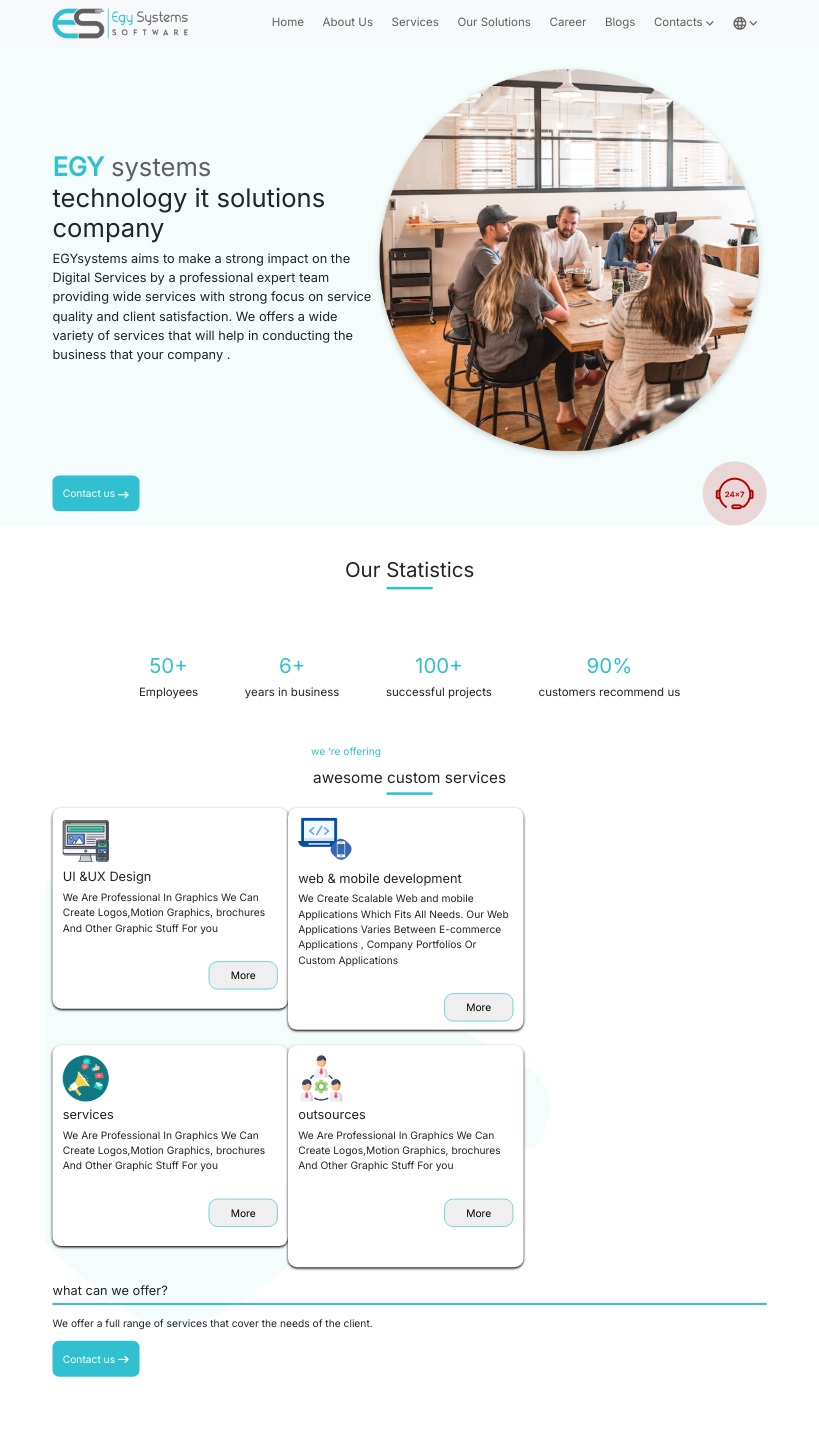
Repository: hamdyAbdelazeim/Egysystem-Home
Page: index.html
These files come from the project's save history. The page is drawn as it stood at one moment and after a run of saves; the edit follows.
The browser window is 1280 px wide. The pictures show the whole page, at 64% of full size.

Above is the page before, as saved 2023-07-13 10:41:54.

### index.html
<!DOCTYPE html>
<html lang="en">
  <head>
    <meta charset="UTF-8" />
    <meta name="viewport" content="width=device-width, initial-scale=1.0" />
    <title>Egy Systems</title>
    <!-- google fonts  -->
    <link rel="preconnect" href="https://fonts.googleapis.com" />
    <link rel="preconnect" href="https://fonts.gstatic.com" crossorigin />
    <link
      href="https://fonts.googleapis.com/css2?family=Inter&display=swap"
      rel="stylesheet"
    />
    <!-- bootstrap -->
    <link rel="stylesheet" href="/css/bootstrap.min.css" />
    <!-- css file  -->
    <link rel="stylesheet" href="/css/style.css" />
    <link rel="stylesheet" href="/css/responsive.css" />
  </head>
  <body>
    <!-- starting  Navbar  -->
    <nav class="navbar-cust navbar navbar-expand-lg bg-light fixed-top">
      <div class="container">
        <a href="#" class="navbar-brand"
          ><img src="/assets/logo 1.png" class="logo-img" alt="logo "
        /></a>

        <button
          class="navbar-toggler"
          type="button"
          data-bs-toggle="collapse"
          data-bs-target="#navmenu"
          style="border: none; box-shadow: none"
        >
          <span class="navbar-toggler-icon"
            ><img
              width="45"
              style="padding: 0.5rem"
              src="https://upload.wikimedia.org/wikipedia/commons/thumb/b/b2/Hamburger_icon.svg/120px-Hamburger_icon.svg.png"
              alt=""
          /></span>
        </button>

        <div class="collapse navbar-collapse" id="navmenu">
          <ul class="navbar-nav cust-ul">
            <li class="nav-item">
              <a href="#Home" class="nav-link cust-link">Home</a>
            </li>
            <li class="nav-item">
              <a href="#About" class="nav-link cust-link">About Us</a>
            </li>
            <li class="nav-item">
              <a href="#Services" class="nav-link cust-link">Services</a>
            </li>
            <li class="nav-item">
              <a href="#Solutions" class="nav-link cust-link">Our Solutions </a>
            </li>
            <li class="nav-item">
              <a href="#Career" class="nav-link cust-link">Career</a>
            </li>
            <li class="nav-item">
              <a href="#Blogs" class="nav-link cust-link">Blogs</a>
            </li>
            <li class="nav-item">
              <a href="" class="nav-link cust-link"
                >Contacts <img src="/assets/Vector.png" alt="vector"
              /></a>
            </li>
            <li class="nav-item">
              <a href="" class="nav-link language-icon"
                ><img src="/assets/language.png" alt="language" />
                <img src="/assets/Vector.png" alt=""
              /></a>
            </li>
          </ul>
        </div>
      </div>
    </nav>
    <!-- Ending Navbar  -->
    <!-- Home section  -->
    <div class="Home" id="Home">
      <div
        class="container Home-up d-flex justify-content-center align-items-center"
      >
        <div class="Home-left">
          <h1>
            <strong class="Egy">EGY</strong>
            <span class="system">systems</span> <br />technology it solutions<br />
            company
          </h1>
          <p>
            EGYsystems aims to make a strong impact on the Digital Services by a
            professional expert team providing wide services with strong focus
            on service quality and client satisfaction. We offers a wide variety
            of services that will help in conducting the business that your
            company .
          </p>
        </div>
        <img src="/assets/Ellipse 34.png" alt="" />
      </div>
      <div class="container d-flex justify-content-between align-items-center">
        <button class="contactUs-btn">
          Contact us <img src="/assets/Vector (right).png" alt="" />
        </button>
        <!-- <div>
          <img src="/assets/slider-left.png" alt="" /> 1/4
          <img src="/assets/slider-right.png" alt="" />
        </div> -->
        <img src="/assets//chat.png" alt="chat" />
      </div>
    </div>
    <!-- Ending Home  section  -->
    <!-- our statistics Section  -->
    <section class="our-statistics container w-100">
      <div class="statistics-up text-center">
        <h2>Our Statistics</h2>
        <p></p>
      </div>
      <div
        class="statistics-down d-flex align-items-center justify-content-between"
      >
        <div class="text-center">
          <h4>50+</h4>
          <p>Employees</p>
        </div>
        <div class="text-center">
          <h4>6+</h4>
          <p>years in business</p>
        </div>
        <div class="text-center">
          <h4>100+</h4>
          <p>successful projects</p>
        </div>
        <div class="text-center">
          <h4>90%</h4>
          <p>customers recommend us</p>
        </div>
      </div>
    </section>
    <!-- Ending our statistics  -->
    <!--  services   -->

    <!--  Ending services   -->
    <section class="services" id="services">
      <div class="service-up container">
        <p class="p-up">we ‘re offering</p>
        <h4 class="text-center">awesome custom services</h4>
        <p class="border-cust"></p>
      </div>
      <div class="service-down container">
        <div class="service-down-left">
          <div class="service-item">
            <img src="/assets/service-item-1.png" alt="service-item-1" />
            <h5 class="mt-2">UI &UX Design</h5>
            <p>
              We Are Professional In Graphics We Can Create Logos,Motion
              Graphics, brochures And Other Graphic Stuff For you
            </p>
            <button>More</button>
          </div>
          <div class="service-item service-item-cust">
            <img src="/assets/service-item-2.png" alt="service-item-1" />
            <h5 class="mt-2">web & mobile development</h5>
            <p>
              We Create Scalable Web and mobile Applications Which Fits All
              Needs. Our Web Applications Varies Between E-commerce Applications
              , Company Portfolios Or Custom Applications
            </p>
            <button>More</button>
          </div>
          <div class="service-item">
            <img src="/assets/service-item-3.png" alt="service-item-1" />
            <h5 class="mt-2">services</h5>
            <p>
              We Are Professional In Graphics We Can Create Logos,Motion
              Graphics, brochures And Other Graphic Stuff For you
            </p>
            <button>More</button>
          </div>
          <div class="service-item service-item-cust">
            <img src="/assets/service-item-4.png" alt="service-item-1" />
            <h5 class="mt-2">outsources</h5>
            <p>
              We Are Professional In Graphics We Can Create Logos,Motion
              Graphics, brochures And Other Graphic Stuff For you
            </p>
            <button>More</button>
          </div>
        </div>
        <div class="service-down-right">
          <h5>what can we offer?</h5>
          <p class="border-p"></p>
          <p>
            We offer a full range of services that cover the needs of the
            client.
          </p>
          <button class="contactUs-btn">
            Contact us <img src="/assets/Vector (right).png" alt="" />
          </button>
        </div>
      </div>
    </section>
    <!-- bootstrap js file  -->
    <script src="/js/bootstrap.bundle.min.js"></script>
  </body>
</html>

### css/style.css
/* setting my css roots  */

body {
  font-family: 'Inter', sans-serif;
}

:root {
  --primary: #30c0d0;
  --secondary: #606060;
  --third-party: #131313;
}

/* navbar  */
.cust-ul {
  width: 100%;
  justify-content: space-around;
  margin-left: 100px;
}

.cust-link {
  font-size: 18px;
  font-weight: 500;
  line-height: 22px;
  letter-spacing: 0em;
  text-align: left;
  color: var(--secondary);
  padding-bottom: 0.5rem;
}
.cust-link :hover {
  color: var(--primary) !important;
}
.nav-link:focus,
.nav-link:hover {
  color: var(--primary) !important;
  border-bottom: 2px solid var(--primary) !important;
  font-size: 20px;
}

.cust-link:active {
  color: var(--primary) !important;
  color: var(--primary) !important;
  border-bottom: 2px solid var(--primary) !important;
  font-size: 20px;
}

.language-icon {
  border-bottom: none !important;
  font-size: 12px !important;
}
/* Ending Navbar  */

/* Home Section  */
.Home {
  padding-top: 100px;
  background-color: #f4fcfc;
}

.Egy {
  color: var(--primary);
}
.system {
  color: var(--secondary);
}
.Home-left p {
  font-size: 20px;
}
.contactUs-btn {
  background-color: var(--primary);
  color: white;
  border: none;
  padding: 16px;
  border-radius: 10px;
  -webkit-border-radius: 10px;
  -moz-border-radius: 10px;
  -ms-border-radius: 10px;
  -o-border-radius: 10px;
}

/* Ending Home Section  */

/* our statistics Section  */

.our-statistics {
  width: 100%;
}
.statistics-up,
.statistics-down {
  padding-top: 50px;
  padding-bottom: 50px;
  width: 846px;
  margin: auto;
}
.statistics-up p {
  width: 72px;
  margin: auto;
  border-bottom: 4px solid var(--primary);
}
.statistics-down h4 {
  color: var(--primary);
  font-size: 32px;
}
.statistics-down p {
  font-size: 18px;
}

/* services */
.services {
  width: 100%;
}
.services .service-up {
  width: 332px;
  margin: auto;
  padding-bottom: 20px;
}
.services .service-up .p-up {
  text-align: start;
  font-size: 16px;
  color: var(--primary);
}

.services.service-up h4 {
  color: var(--third-party);
  font-size: 32px;
}
.services .service-up .border-cust {
  width: 72px;
  margin: auto;
  border-bottom: 4px solid var(--primary);
}

.service-down {
  background-image: url('/assets/Ellipse\ 53.png');
  background-repeat: no-repeat;
  margin-bottom: 100px;
}
.service-down .service-down-left {
  width: 65%;
  display: grid;
  grid-template-columns: auto auto;
}
.service-down .service-down-left .service-item {
  width: 368px;
  height: 314px;
  background-color: #ffffff;
  box-shadow: 0px 2px 4px 0px #000000;
  border-radius: 14px;
  -webkit-border-radius: 14px;
  -moz-border-radius: 14px;
  -ms-border-radius: 14px;
  -o-border-radius: 14px;
  padding: 1rem;
  margin-bottom: 1.5rem;
}
.service-down .service-down-left .service-item button {
  width: 108px;
  height: 44px;
  border: 1px solid var(--primary);
  padding: 0px, 16px, 0px, 16px;
  gap: 8px;
  border-radius: 14px;
  -webkit-border-radius: 14px;
  -moz-border-radius: 14px;
  -ms-border-radius: 14px;
  -o-border-radius: 14px;
  float: right;
  margin-top: 1.5rem;
}

.service-item-cust {
  height: 347px !important;
  margin-bottom: 1.5rem !important;
}

.border-p {
  border-bottom: 3px solid var(--primary);
}

### css/responsive.css
@media only screen and (max-width: 1025px) {
  .cust-link {
    font-size: 15px !important;
  }
}
@media only screen and (max-width: 1000px) {
  /* navbar */
  .cust-ul {
    margin-left: 0;
  }
  .cust-link {
    font-size: 18px;
  }
  /* HOME section  */
  .Home-up {
    flex-wrap: wrap;
  }

  .Home-up img {
    width: 90%;
  }
  /* Our Statistics */
  .statistics-up,
  .statistics-down {
    width: 100%;
  }
}

@media only screen and (max-width: 600px) {
  /* Our Statistics */
  .statistics-down {
    flex-direction: column;
  }
}

@media only screen and (max-width: 280px) {
  .logo-img {
    width: 160px;
  }
}

Loaded but not shown: css/bootstrap.min.css (library); js/bootstrap.bundle.min.js (library)

After the next 2 saves:
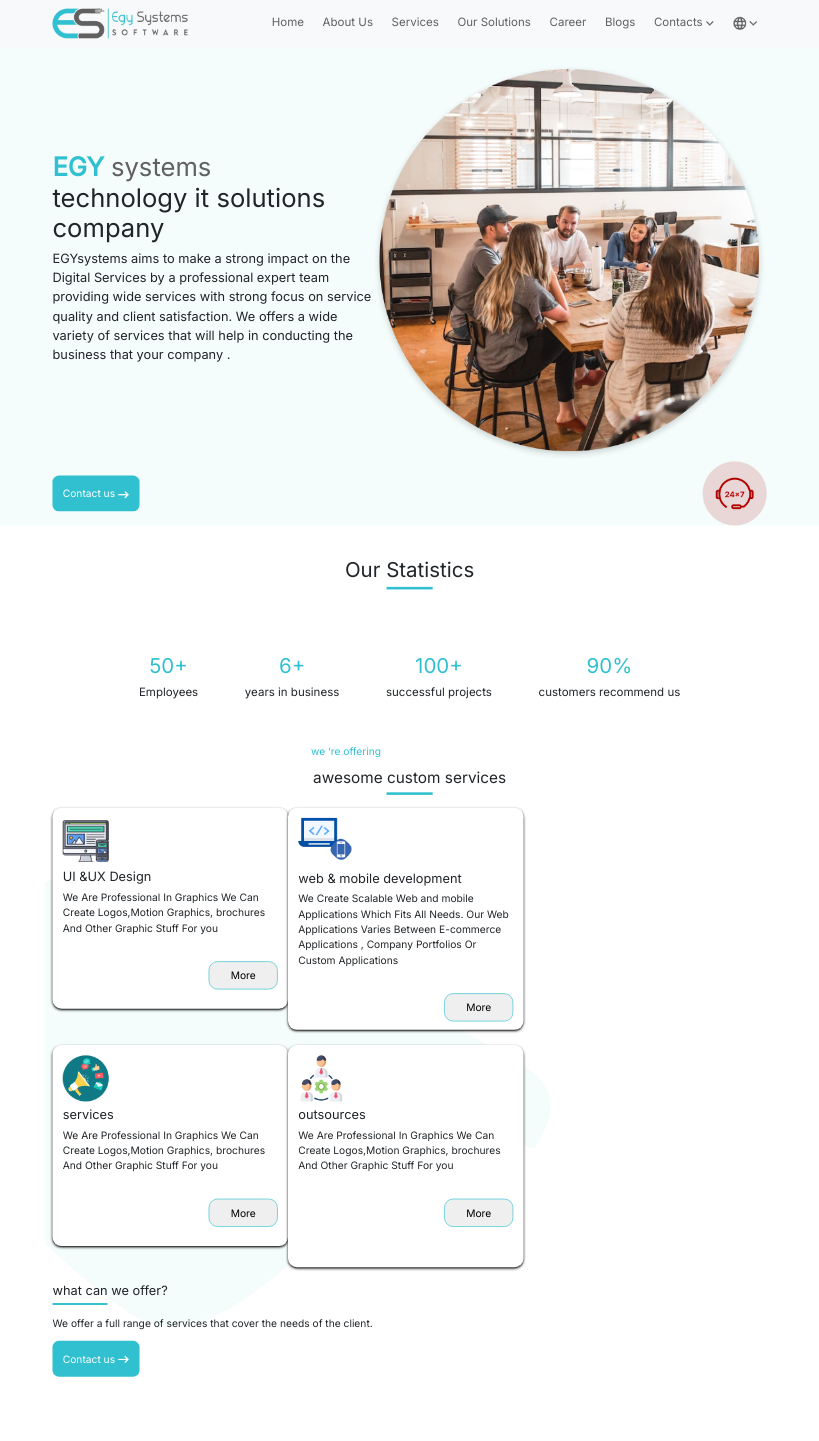
The 2 saves are shown as one change because they came seconds apart.
The last was saved 23 s later.
--- a/css/style.css
+++ b/css/style.css
@@ -172,5 +172,6 @@ body {
 }
 
 .border-p {
+  width: 86px;
   border-bottom: 3px solid var(--primary);
 }
